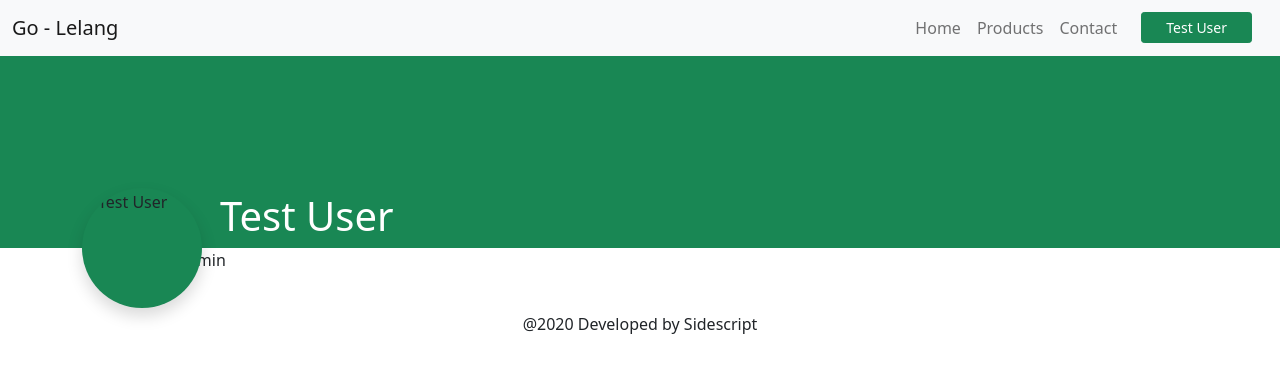
Repository: khulqu15/Go---Lelalng
Page: http://localhost/profile
The author's editor kept a copy of each file at every save. The page is drawn from the files as they stood at one save, then again after the next save.
The browser window is 1280 px wide. The pictures show the whole page.
The page is served by the project's Laravel application, run on PHP 8.4 with Laravel 8. A made-up administrator, Test User (test@example.com), is signed in. Other server files are loaded and not shown.

Above is the page before, as saved 2021-02-22 20:54:04.

### routes/web.php
<?php

use App\Http\Controllers\DashboardController;
use App\Http\Controllers\PageController;
use App\Http\Controllers\UserController;
use Illuminate\Support\Facades\Route;

/*
|--------------------------------------------------------------------------
| Web Routes
|--------------------------------------------------------------------------
|
| Here is where you can register web routes for your application. These
| routes are loaded by the RouteServiceProvider within a group which
| contains the "web" middleware group. Now create something great!
|
*/

Route::get('/', [PageController::class, 'home'])->name('home');
Route::get('products', [PageController::class, 'products'])->name('products');
Route::get('product/{id}', [PageController::class, 'product'])->name('product');
Route::get('contact', [PageController::class, 'contact'])->name('contact');
Route::get('login', [PageController::class, 'login'])->name('login');
Route::get('register', [PageController::class, 'register'])->name('register');
Route::post('contact', [UserController::class, 'contactUs'])->name('contact.us');
Route::post('register', [UserController::class, 'register'])->name('register.post');
Route::post('login', [UserController::class, 'login'])->name('login.post');

Route::get('profile', [PageController::class, 'profile'])->name('profile');

Route::group(['middleware' => ['userDashboard']], function() {
    Route::get('dashboard', [DashboardController::class, 'index'])->name('dashboard');
    Route::get('dashboard/product', [DashboardController::class, 'product'])->name('dashboard.product');
    Route::get('dashboard/user', [DashboardController::class, 'user'])->name('dashboard.user');
    Route::get('dashboard/auction', [DashboardController::class, 'auction'])->name('dashboard.auction');
});

### app/Models/User.php
<?php

namespace App\Models;

use Illuminate\Contracts\Auth\MustVerifyEmail;
use Illuminate\Database\Eloquent\Factories\HasFactory;
use Illuminate\Foundation\Auth\User as Authenticatable;
use Illuminate\Notifications\Notifiable;
use Illuminate\Support\Facades\Hash;

class User extends Authenticatable
{
    use HasFactory, Notifiable;

    /**
     * The attributes that are mass assignable.
     *
     * @var array
     */
    protected $fillable = [
        'name',
        'email',
        'password',
    ];

    /**
     * The attributes that should be hidden for arrays.
     *
     * @var array
     */
    protected $hidden = [
        'password',
        'remember_token',
    ];

    /**
     * The attributes that should be cast to native types.
     *
     * @var array
     */
    protected $casts = [
        'email_verified_at' => 'datetime',
    ];

    public function Like()
    {
        return $this->hasMany(Like::class, 'user_id');
    }

    public function Auction()
    {
        return $this->hasMany(Auction::class, 'user_id');
    }

    public function isAdmin()
    {
        if($this->level == 'client') {
            return false;
        } else {
            return true;
        }
    }

    public function setPasswordAttribute($value)
    {
        $this->attributes['password'] = Hash::make($value);
    }
}

### app/Http/Controllers/PageController.php
<?php

namespace App\Http\Controllers;

use App\Models\Category;
use App\Models\Product;
use Illuminate\Http\Request;
use Illuminate\Support\Facades\Auth;

class PageController extends Controller
{
    public function home(Request $request)
    {
        $categories = Category::orderBy('id', 'DESC')->paginate(4);
        $query = Product::query();
        if($request->get('name')) {
            $products = $query->where('name', 'LIKE', '%'.$request->get('name').'%');
        }
        if($request->get('category')) {
            $products = $query->where('category_id', $request->get('category'));
        }
        $products = $query->with('Category')->orderBy('id', 'DESC')->paginate(3);
        return view('welcome', compact('products', 'categories'));
    }

    public function products(Request $request)
    {
        $categories = Category::orderBy('id', 'DESC')->paginate(4);
        $query = Product::query();
        if($request->get('name')) {
            $products = $query->where('name', 'LIKE', '%'.$request->get('name').'%');
        }
        if($request->get('category')) {
            $products = $query->where('category_id', $request->get('category'));
        }
        $products = $query->paginate(3);
        return view('page.products', compact('products', 'categories'));
    }

    public function product($id)
    {
        $product = Product::find($id);
        return view('page.product', compact('product'));
    }

    public function contact()
    {
        return view('page.contact');
    }

    public function login()
    {
        return view('auth.login');
    }

    public function register()
    {
        return view('auth.register');
    }

    public function profile()
    {
        if(Auth::check()) {
            return view('page.profile');
        }
        return redirect()->route('login')->with('error', 'Anda belum login');
    }
}

### resources/views/page/profile.blade.php
@extends('layout.app')

@section('title', Auth::user()->name)

@section('content')
<div class="container-fluid bg-success position-relative pt-5">
    <div class="container position-relative pb-5">
        <div class="row py-5">
            <div class="col-md-12">
                <div class="avatar-profile position-absolute shadow" style="bottom: -60px; width: 120px; height: 120px; border-radius: 120px;">
                    <img src="{{ asset('img/user/'.Auth::user()->avatar) }}" alt="{{ Auth::user()->name }}" class="image-fit-card">
                </div>
                <h1 class="text-white position-absolute" style="bottom: 0px; left: 150px">{{ Auth::user()->name }}</h1>
            </div>
        </div>
    </div>
</div>
<div class="container">
    <div class="row">
        <div class="col-md-12">
            <p class="ms-5 ps-5">{{ Auth::user()->level }}</p>
        </div>
    </div>
</div>
@endsection

### resources/views/layout/app.blade.php
<!DOCTYPE html>
<html lang="en">
<head>
    <meta charset="UTF-8">
    <meta name="viewport" content="width=device-width, initial-scale=1.0">
    <meta http-equiv="X-UA-Compatible" content="ie=edge">
    <title>GO - Lelang | @yield('title')</title>

    <script src="{{ mix('css/app.css') }}"></script>
    <link rel="stylesheet" href="{{ asset('css/bootstrap.min.css') }}">
    <link rel="stylesheet" href="{{ asset('css/all.min.css') }}">
    <link rel="stylesheet" href="{{ asset('css/fontawesome.min.css') }}">
    <link rel="stylesheet" href="{{ asset('css/style.css') }}">

    <script src="{{ mix('js/app.js') }}"></script>
    <script src="{{ asset('js/jquery-3.5.1.min.js') }}"></script>
    <script src="{{ asset('js/bootstrap.min.js') }}"></script>
    <script src="{{ asset('js/all.min.js') }}"></script>
    <script src="{{ asset('js/fontawesome.min.js') }}"></script>

</head>
<body>

    @if(\Session::has('success'))
    <div role="alert" class="alert alert-success alert-dismissible show position-fixed alert-respond fade">
        <ul class="mb-0 pb-0">
            <li>{{ \Session::get('success') }}</li>
        </ul>
        <button type="button" class="btn-close" data-bs-dismiss="alert" aria-label="Close"></button>
    </div>
    @endif
    @if(\Session::has('error'))
    <div role="alert" class="alert alert-danger alert-dismissible show position-fixed alert-respond fade">
        <ul class="mb-0 pb-0">
            <li>{{ \Session::get('error') }}</li>
        </ul>
        <button type="button" class="btn-close" data-bs-dismiss="alert" aria-label="Close"></button>
    </div>
    @endif

    <nav class="navbar navbar-expand-lg navbar-light bg-light">
        <div class="container-fluid">
            <a class="navbar-brand" href="{{ route('home') }}">Go - Lelang</a>
            <button class="navbar-toggler" type="button" data-bs-toggle="collapse" data-bs-target="#navbarSupportedContent" aria-controls="navbarSupportedContent" aria-expanded="false" aria-label="Toggle navigation">
                <span class="navbar-toggler-icon"></span>
            </button>
            <div class="collapse navbar-collapse" id="navbarSupportedContent">
                <ul class="navbar-nav ms-auto mb-2 mb-lg-0">
                    <li class="nav-item">
                        <a class="nav-link {{ Request::is('home') ? 'active' : '' }}" aria-current="page" href="{{ route('home') }}">Home</a>
                    </li>
                    <li class="nav-item">
                        <a class="nav-link {{ Request::is('products') ? 'active' : '' }}"" href="{{ route('products') }}">Products</a>
                    </li>
                    <li class="nav-item">
                        <a class="nav-link {{ Request::is('contact') ? 'active' : '' }}"" href="{{ route('contact') }}">Contact</a>
                    </li>
                    <li class="nav-item pt-1 px-3">
                        @if (Auth::check())
                            <button onclick="window.location = '{{ route('profile') }}'" class="btn btn-success btn-sm px-4">{{ Auth::user()->name }}</button>
                        @else
                            <button class="btn btn-success btn-sm px-4" onclick="window.location = '{{ route('login') }}'">Login</button>
                            <button class="btn btn-light btn-sm px-2" onclick="window.location = '{{ route('register') }}'">Register</button>
                        @endif
                    </li>
                </ul>
            </div>
        </div>
    </nav>

    @yield('content')

    <footer class="container-fluid py-4">
        <div class="row">
            <div class="col-md-12 text-center">
                <p class="mb-0">@2020 Developed by Sidescript</p>
            </div>
        </div>
    </footer>
</body>
</html>

### public/css/style.css
body {
    overflow-x: hidden !important;
}
.viga {
    font-family: 'Viga', sans-serif;
}
.bgm-primary {
    background-color: #198754 !important;
}
.bgm-primary-light {
    background-color: #FFCECE !important;
}
.btnm-primary {
    border: none;
    border-radius: 0px !important;
    transition: all .3s ease-in-out;
    background-color: #198754 !important;
    padding: 1rem 2rem;
    color: white;
}
.shadow-smooth {
    box-shadow: 10px 20px 49px -8px rgba(0, 0, 0, 0.08) !important;
}
.page-item.active .page-link {
    background-color: #198754 !important;
    border-color: #198754 !important;
    color: white !important;
}
.page-link {
    color: #198754 !important;
}
.text-right {
    text-align: right !important;
}
.text-left {
    text-align: left !important;
}
.text-sm {
    font-size: .8rem;
}
.text-center {
    text-align: center !important;
}
.cursor-point {
    cursor: pointer;
}
.btnm-primary:hover {
    color: white !important;
    background-color: #c01c1c !important;
}
.btnm-light {
    border: none;
    border-radius: 0px !important;
    transition: all .3s ease-in-out;
    background-color: #f2f2f2 !important;
    padding: 1rem 2rem;
    color: #292929;
}
.btnm-light:hover {
    color: #292929 !important;
    background-color: #c2c2c2 !important;
}
.textm-primary {
    color: #198754 !important;
}
.textm-gray {
    color: gray !important;
}

.input-search-home {
    width: 80%;
    position: absolute;
    left: 10%;
    height: 60px;
    box-shadow: 0px 20px 40px -6px rgba(0, 0, 0, 0.12);
    top: -50px;
    background-color: white;
}
.input-search-home input {
    height: 60px;
}
.input-search-home button,
.input-search-home a {
    position: relative;
    top: -10px;
}
.maxm-height {
    min-height: 70vh;
    max-height: 70vh !important;
    overflow-y: auto !important;
    overflow-x: hidden !important;
}


.card-product {
    width: 100%;
    transition: all .3s ease-in-out;
    height: 370px;
    background-color: white;
}
.card-product:hover {
    box-shadow: 12px 24px 48px rgba(0, 0, 0, 0.09);
}
.card-product .image {
    width: 100%;
    height: 170px;
    background-color: #f36c6c;
    overflow: hidden;
}
.card-product .image img {
    transition: all .3s ease-in-out;
}
.card-product .image:hover img {
    transform: scale(1.1);
    opacity: .6;
}
.card-product .like {
    width: 50px;
    height: 50px;
    border-radius: 50px;
    background-color: #fccece;
    color: #198754;
    position: absolute;
    line-height: 53px;
    text-align: center;
    z-index: 10;
    top: 140px;
    right: 20px;
    transition: all .3s ease-in-out;
}
.card-product .like:hover {
    cursor: pointer;
    background-color: #c01c1c;
    color: #FFCECE;
}
.card-product .liked {
    width: 50px;
    height: 50px;
    border-radius: 50px;
    background-color: #198754;
    color: #fccece;
    position: absolute;
    line-height: 53px;
    text-align: center;
    z-index: 10;
    top: 140px;
    right: 20px;
    transition: all .3s ease-in-out;
}
.card-product .like:hover {
    cursor: pointer;
    color: #c01c1c;
    background-color: #FFCECE;
}
.image-fit-card {
    width: 100%;
    height: 100%;
    object-fit: cover !important;
}
.card-product .line-category {
    display: inline-block;
    width: 20px;
    height: 3px;
    background-color: gray;
}

.bg-hammer-bottom {
    background: url('../img/wallpaper/hammer.png');
    background-attachment: fixed;
    background-position: center;
    background-size: cover;
}

.input-email-footer {
    position: relative;
    width: 100%;
    height: 70px;
    box-shadow: 0px 19px 38px rgba(0, 0, 0, 0.12);
    background-color: white;
}
.input-email-footer input {
    height: 70px;
    width: 100%;
}
.input-email-footer button {
    position: relative;
    top: -8px
}

.menu-footer {
    color: rgba(255, 255, 255, .5);
}
.menu-footer.active,
.menu-footer:hover {
    color: rgba(255, 255, 255, 1);
    cursor: pointer;
    transition: all .4s ease-in-out;
}
.menu-footer .icon {
    position: absolute;
    right: -50px;
    opacity: 0;
    transition: all .2s ease-in-out;
    visibility: hidden;
}
.menu-footer.active .icon,
.menu-footer:hover .icon {
    position: relative;
    opacity: 1;
    right: 0;
    visibility: visible;
}
.menu-footer .menu-title {
    transition: all .2s ease-in-out;
    position: relative;
    font-size: 3rem;
    right: -10px;
}
.menu-footer.active .menu-title,
.menu-footer:hover .menu-title {
    position: relative;
    right: 0px;
}

.icons-footer svg {
    transition: all .2s ease-in-out;
    color: #c2c2c2;
    margin: 0px .8rem;
    font-size: 1.4rem;
}

.icons-footer svg:hover {
    cursor: pointer;
    color: #767676;
}

.navbar {
    transition: all .3s ease-in-out;
    z-index: 100;
}
.burger {
    position: relative;
    top: -5px;
    margin: 10px 0px 0px 0px;
}
.burger div {
    width: 30px;
    height: 2px;
    margin: 7px 0px;
    position: relative;
    background-color: #767676;
    transition: all .3s ease-in-out;
}
.burger.times div:nth-child(1) {
    transform: rotate(45deg);
    top: 5px;
}
.burger.times div:nth-child(2) {
    transform: rotate(-45deg);
    top: -5px;
}

.navbar-fixed {
    position: fixed;
    width: 100%;
    z-index: 50;
    overflow-x: hidden !important;
    overflow-y: auto !important;
    height: 100%;
    top: 0;
    opacity: 1;
    transform: skew(0deg);
    background-color: white;
    visibility: visible;
    right: 0;
    transition: all .5s ease-in;
}
.avatar-sm {
    width: 40px;
    height: 40px;
    border-radius: 40px;
    overflow: hidden;
    display: inline-block;
}
.avatar-md {
    width: 50px;
    height: 50px;
    border-radius: 50px;
    overflow: hidden;
    display: inline-block;
}
.avatar-sm-navbar {
    width: 40px;
    height: 40px;
    border-radius: 40px;
    display: inline-block;
    right: 120px;
    position: absolute;
    z-index: 10;
    overflow: hidden;
    transition: all .3s ease-in-out;
    top: 24px;
    box-sizing: content-box;
}
.avatar-sm-navbar:hover {
    cursor: pointer;
    border: 4px solid gainsboro;
    top: 20px;
    right: 112px;
}
.navbar-fixed.hide {
    transform: skew(10deg) !important;
    opacity: 0 !important;
    right: -100% !important;
    visibility: hidden !important;
}
.menu-navbar {
    color: rgba(44, 44, 44, 0.5);
}
.menu-navbar.active,
.menu-navbar:hover {
    color: rgba(44, 44, 44, 1) !important;
    cursor: pointer;
    transition: all .4s ease-in-out;
}
.menu-navbar .icon {
    position: absolute;
    right: -50px;
    opacity: 0;
    transition: all .2s ease-in-out;
    visibility: hidden;
}
.menu-navbar.active .icon,
.menu-navbar:hover .icon {
    position: relative;
    opacity: 1;
    right: 0;
    visibility: visible;
}
.menu-navbar .menu-title {
    transition: all .2s ease-in-out;
    position: relative;
    font-size: 3rem;
    right: -10px;
}
.menu-navbar.active .menu-title,
.menu-navbar:hover .menu-title {
    position: relative !important;
    right: 0px !important;
}
a {
    text-decoration: none !important;
}
.full-page,
.bg-product {
    width: 100%;
    min-height: 100vh;
    overflow: hidden;
    position: relative;
    background-color: #292929;
}
.full-page {
    background-color: #f36c6c !important;
}
.bg-product img {
    opacity: .8;
}

.avatar-profile {
    width: 80px;
    margin: 0px auto;
    height: 80px;
    display: inline-block;
    border-radius: 80px;
    overflow: hidden !important;
    background-color: #198754;
}
.ellipsis-menu-right {
    top: 0;
    right: 0;
    margin: .7rem;
    font-size: 1.2rem;
}

.card-profile-navbar {
    background-color: white;
    width: 300px;
    position: relative;
    z-index: 100;
}
.card-auction {
    box-shadow: 0px 5px 15px rgba(0, 0, 0, 0.12);
    transition: all .3s ease-in-out;
}
.card-auction:hover {
    box-shadow: 0px 10px 30px rgba(0, 0, 0, 0.1);
}
.alert-respond {
    width: 50%;
    top: 20%;
    z-index: 100;
    left: 25%;
}
@media only screen and (max-width: 760px) {
    .alert-respond {
        z-index: 100;
        top: 20%;
        width: 80%;
        left: 10%;
    }
}

.btn-fab {
    position: fixed;
    right: 25px;
    bottom: 25px;
    z-index: 100;
}

.menu-ellipsis {
    width: 260px;
    overflow: hidden;
    right: 0;
    background-color: white;
    transition: all .3s ease-in-out;
    box-shadow: 0px 10px 20px rgba(0, 0, 0, 0.08);
}
.menu-ellipsis.hide {
    opacity: 0 !important;
    visibility: hidden !important;
    right: -20px !important;
}
.menu-ellipsis .item {
    padding: .7rem 1.4rem;
    transition: all .3s ease-in-out;
    text-align: right !important;
    cursor: pointer;
}
.menu-ellipsis .item:hover {
    background-color: gainsboro;
}

Loaded but not shown: app/Providers/AppServiceProvider.php (common file); app/Http/Controllers/Controller.php (common file); public/mix-manifest.json (common file); public/css/bootstrap.min.css (library); public/css/all.min.css (library); public/css/fontawesome.min.css (library); public/js/app.js (library); public/js/jquery-3.5.1.min.js (library); public/js/bootstrap.min.js (library); public/js/fontawesome.min.js (library); public/css/app.css (empty)

After the next save:
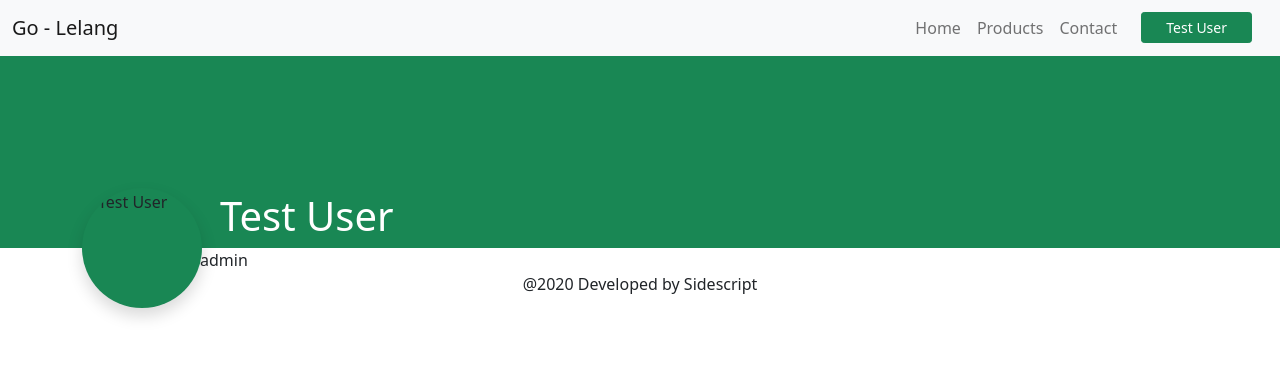
Saved 18 s later.
--- a/resources/views/page/profile.blade.php
+++ b/resources/views/page/profile.blade.php
@@ -18,7 +18,7 @@
 <div class="container">
     <div class="row">
         <div class="col-md-12">
-            <p class="ms-5 ps-5">{{ Auth::user()->level }}</p>
+            <p class="position-absolute" style="left: 200px">{{ Auth::user()->level }}</p>
         </div>
     </div>
 </div>
